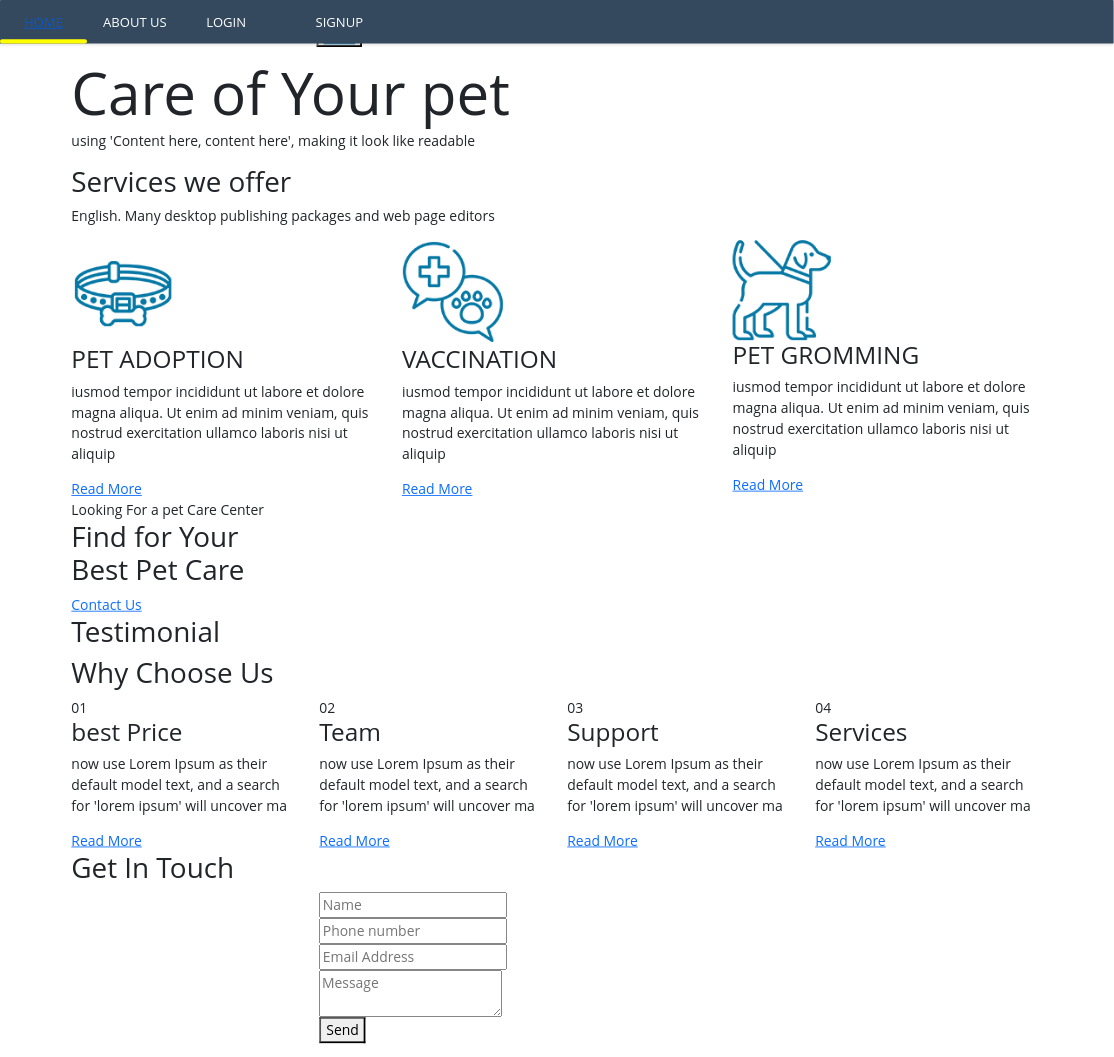
Repository: Chitti-g-k/Paw-Takers
Page: templates/index.html
An editor plug-in stored every save of this project. The page is shown before and after the next save, followed by the edit.
The browser window is 1280 px wide. The pictures show the whole page, at 87% of full size.
The template is drawn by Django 4.2. The application's start-up code is not run. The template is opened directly, without the code that normally fills it, so the values that code supplies are empty.

Above is the page before, as saved 2023-07-16 13:07:47.

After the next save:
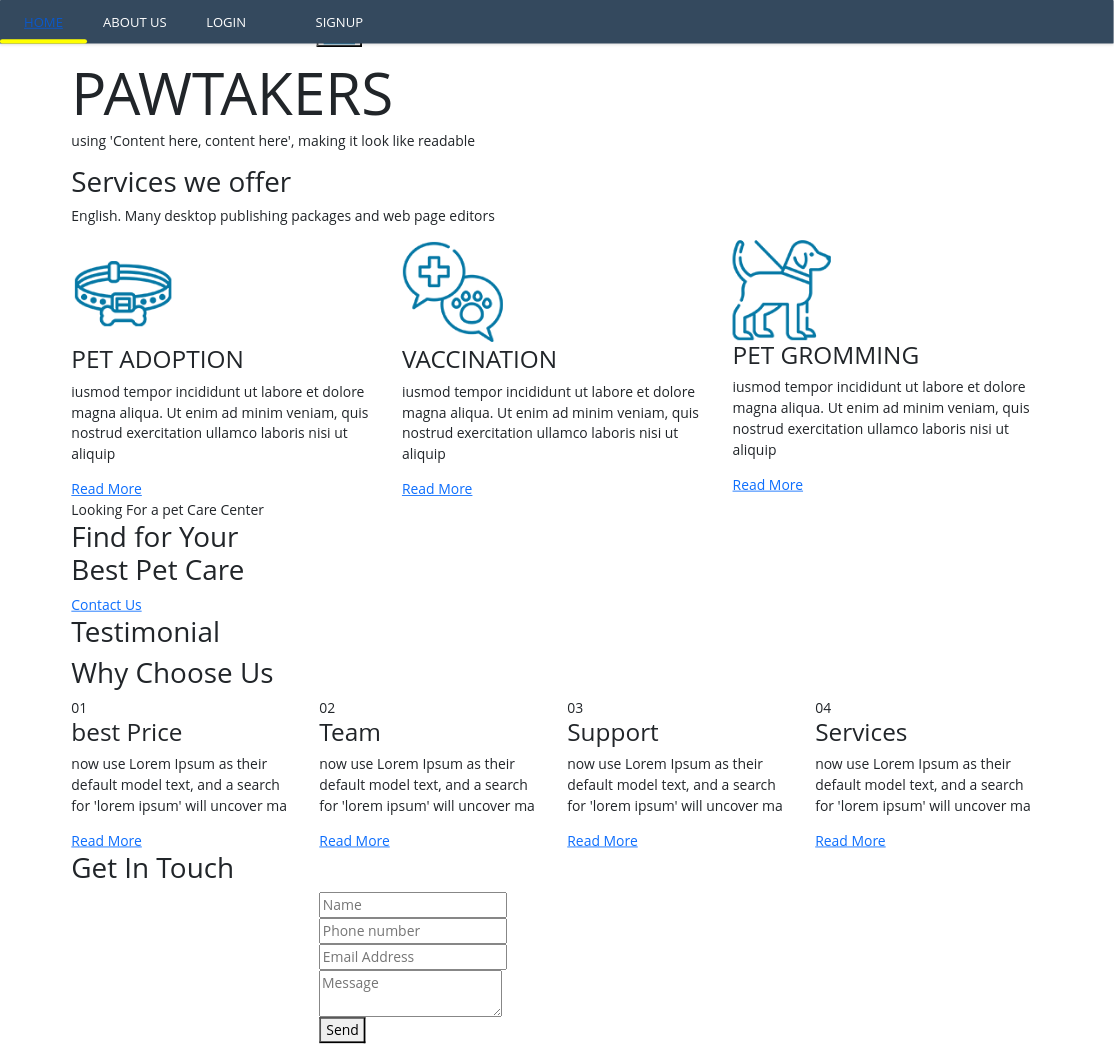
Saved 69 s later.
--- a/templates/index.html
+++ b/templates/index.html
@@ -144,7 +144,7 @@
                 <div class="col-md-12">
                     <div class=" banner_main">
                         <div class="bluid">
-                            <h1>Care of Your pet </h1>
+                            <h1>PAWTAKERS </h1>
                             <p>using 'Content here, content here', making it look like readable</p>
                         </div>
                     </div>
